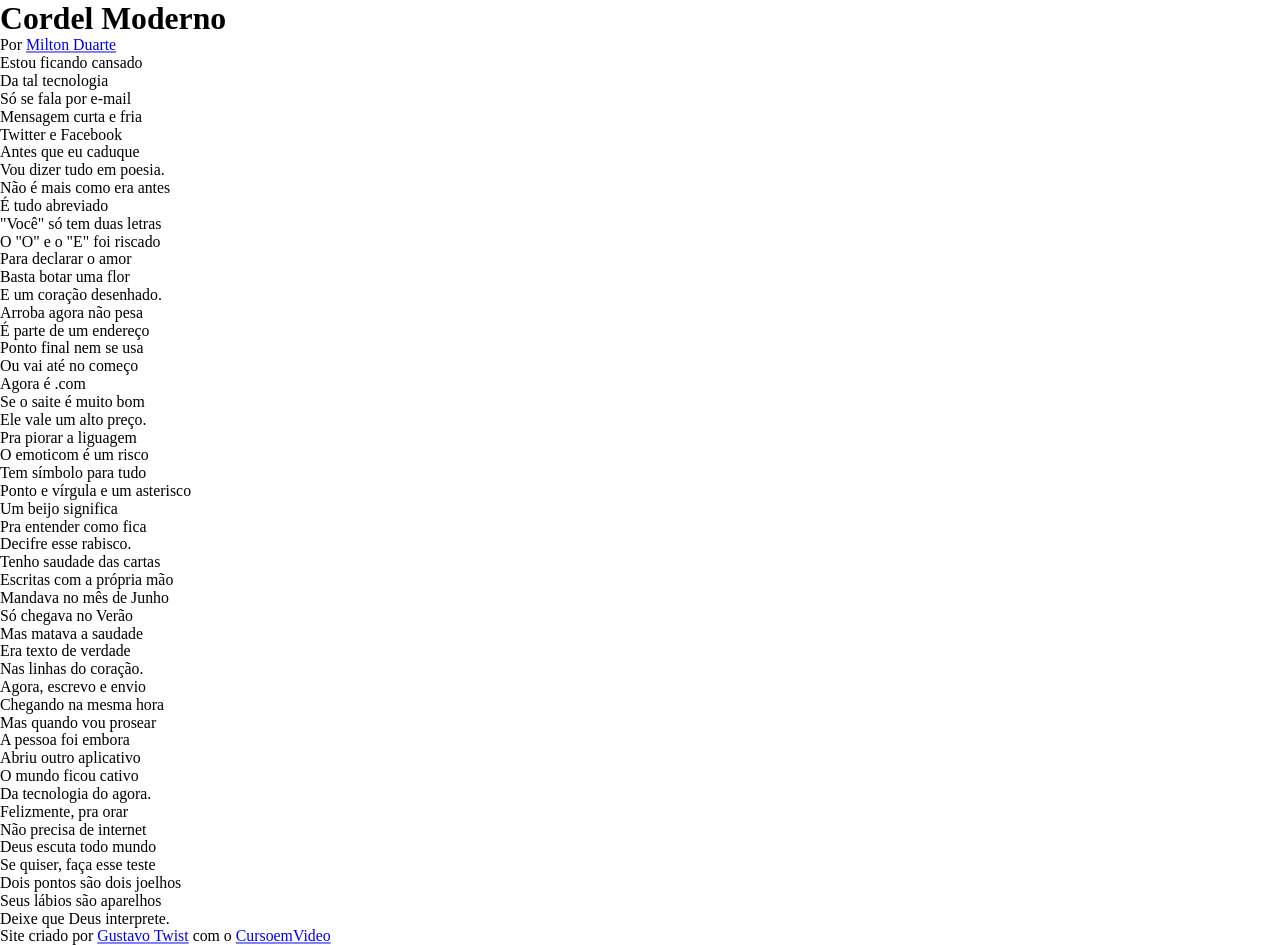
Repository: gustavotwist/projeto-cordel
Page: index.html
These files come from the project's save history. The page is drawn as it stood at one moment and after a run of saves; the edit follows.
The browser window is 1280 px wide. The pictures show the whole page, at 99% of full size.

Above is the page before, as saved 2024-04-19 13:39:40.

### index.html
<!DOCTYPE html>
<html lang="pt-br">
<head>
    <meta charset="UTF-8">
    <meta name="viewport" content="width=device-width, initial-scale=1.0">
    <title>Cordel Moderno</title>
    <link rel="stylesheet" href="estilo/style.css">
</head>
<body>
    <header>
        <h1>
            Cordel Moderno
        </h1>
        <p>
            Por <a href="https://www.recantodasletras.com.br/poesias/3186743" target="_blank">Milton Duarte</a>
        </p>
    </header>

    <section class="normal">
        <p>
            Estou ficando cansado <br>
            Da tal tecnologia <br>
            Só se fala por e-mail <br>
            Mensagem curta e fria <br>
            Twitter e Facebook <br>
            Antes que eu caduque <br>
            Vou dizer tudo em poesia.
        </p>
    </section>

    <section class="imagem">
        <p>
            Não é mais como era antes <br>
            É tudo abreviado <br>
            "Você" só tem duas letras <br>
            O "O" e o "E" foi riscado <br>
            Para declarar o amor <br>
            Basta botar uma flor <br>
            E um coração desenhado.
        </p>
    </section>

    <section class="normal">
        <p>
            Arroba agora não pesa <br>
            É parte de um endereço <br>
            Ponto final nem se usa <br>
            Ou vai até no começo <br>
            Agora é .com <br>
            Se o saite é muito bom <br>
            Ele vale um alto preço. <br>
        </p>

        <p>
            Pra piorar a liguagem <br>
            O emoticom é um risco <br>
            Tem símbolo para tudo <br>
            Ponto e vírgula e um asterisco <br>
            Um beijo significa <br>
            Pra entender como fica <br>
            Decifre esse rabisco.
        </p>
    </section>

    <section class="imagem">
        <p>
            Tenho saudade das cartas <br>
            Escritas com a própria mão <br>
            Mandava no mês de Junho <br>
            Só chegava no Verão <br>
            Mas matava a saudade <br>
            Era texto de verdade <br>
            Nas linhas do coração.
        </p>
    </section>

    <section class="normal">
        <p>
            Agora, escrevo e envio <br>
            Chegando na mesma hora <br>
            Mas quando vou prosear <br>
            A pessoa foi embora <br>
            Abriu outro aplicativo <br>
            O mundo ficou cativo <br>
            Da tecnologia do agora.
        </p>


        <p>
            Felizmente, pra orar <br>
            Não precisa de internet <br>
            Deus escuta todo mundo <br>
            Se quiser, faça esse teste <br>
            Dois pontos são dois joelhos <br>
            Seus lábios são aparelhos <br>
            Deixe que Deus interprete.
        </p>
    </section>

    <footer>
        <p>Site criado por <a href="https://github.com/gustavotwist" target="_blank">Gustavo Twist</a> com o <a href="https://www.cursoemvideo.com" target="_blank">CursoemVideo</a></p>
    </footer>
</body>
</html>

### estilo/style.css
@charset "UTF-8";

* {
    margin: 0px;
    padding: 0px;
}

html, body {
    min-height: 100vh;
    background-color: dark;
}

After the next 2 saves:
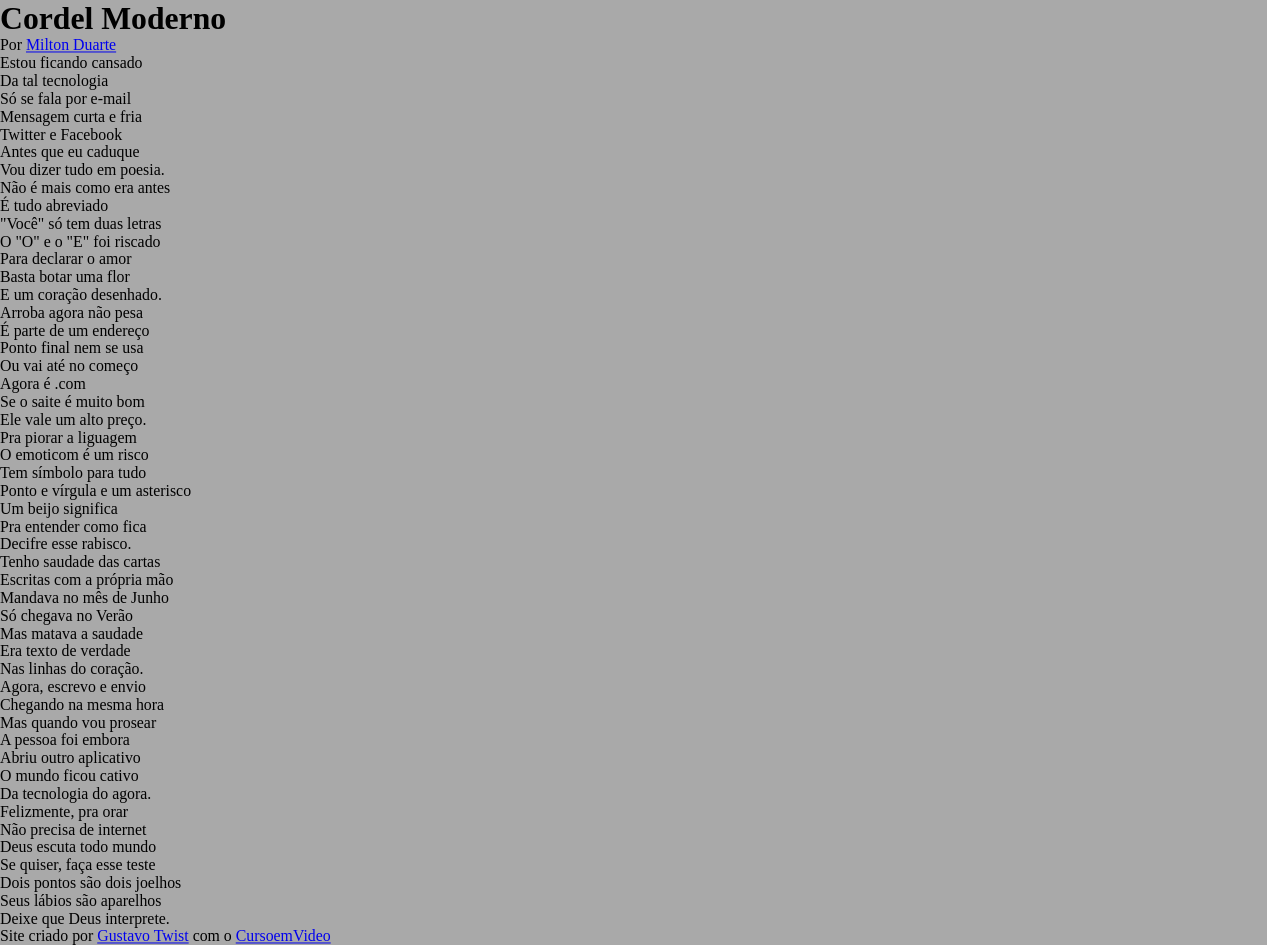
The 2 saves are shown as one change because they came seconds apart.
The last was saved 43 s later.
--- a/estilo/style.css
+++ b/estilo/style.css
@@ -7,5 +7,5 @@
 
 html, body {
     min-height: 100vh;
-    background-color: dark;
+    background-color: darkgray;
 }
